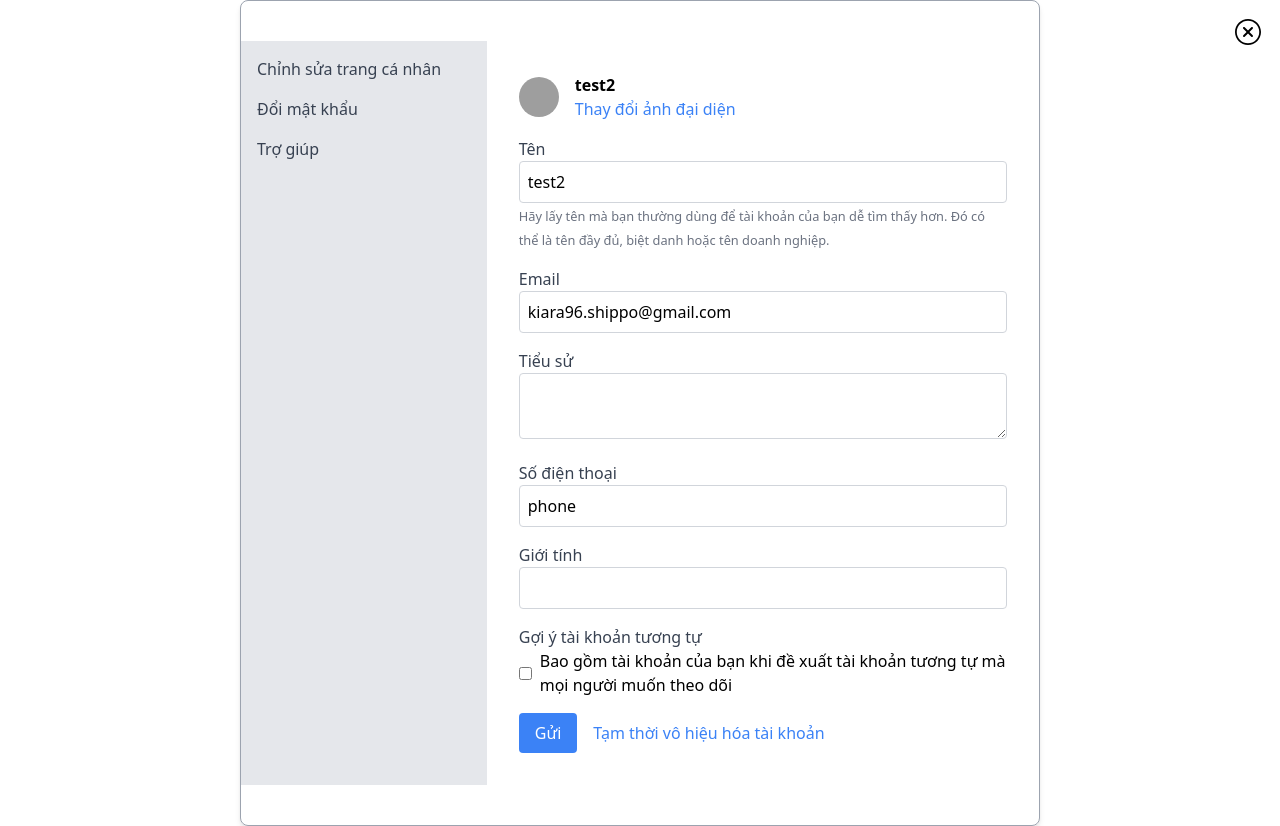
Repository: DangNgocDuong250903/2425_CS445AC_NHOM1
Page: /update_user (app in social_fe/)
The author's editor kept a copy of each file at every save. The page is drawn from the files as they stood at one save, then again after the next save.
The browser window is 1280 px wide. The pictures show the whole page.
Pictures or frames that could not be fetched are drawn as grey boxes. The project was rebuilt for these pictures with package versions that can differ from the ones it lists, and the page was loaded fresh each time. Also part of the build but not shown: social_fe/vite.config.js, social_fe/src/components/Button/index.jsx, social_fe/src/assets/index.js, social_fe/src/components/FriendCard/index.jsx, social_fe/src/components/Loading/index.jsx, social_fe/src/components/PostCard/index.jsx, social_fe/src/components/ProfileCard/index.jsx, social_fe/src/components/TextInput/index.jsx and 8 more.

Above is the page before, as saved 2024-11-05 11:02:28.

After the next save:
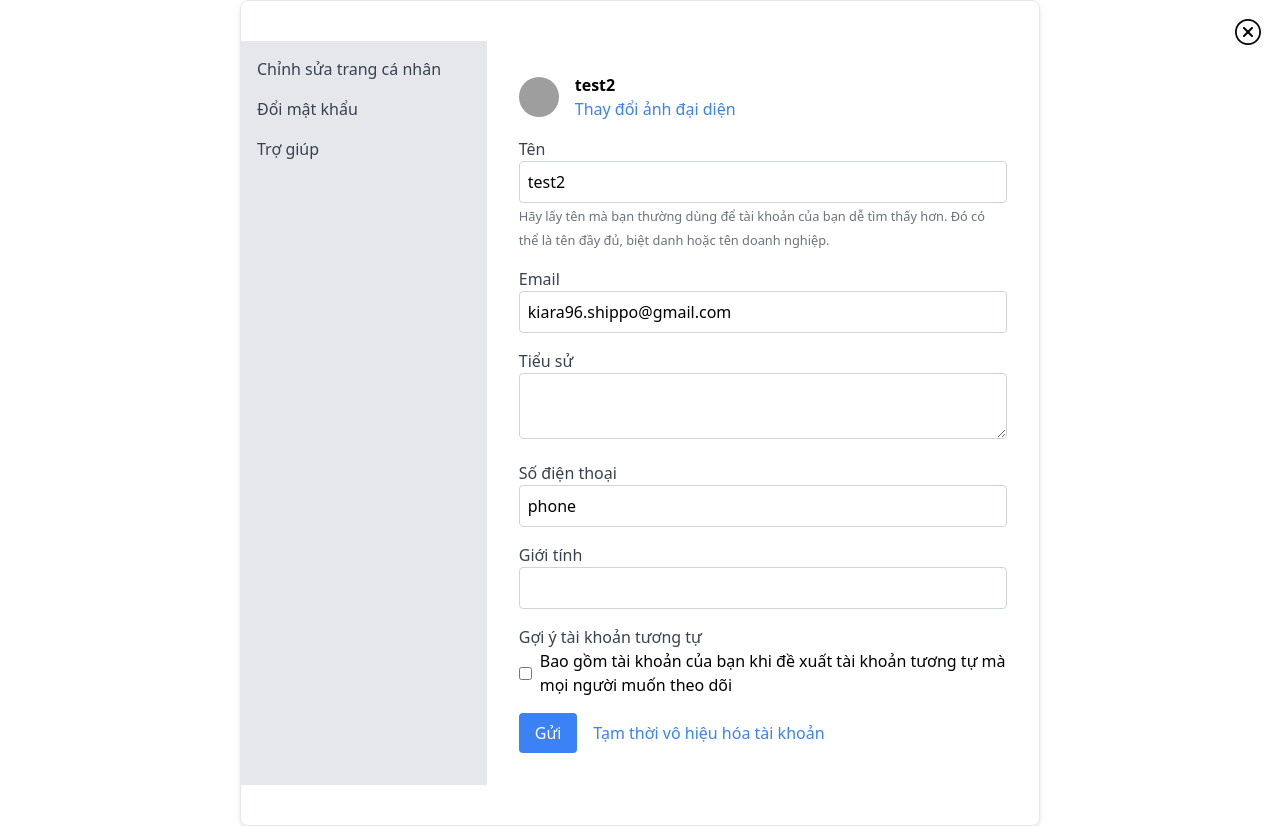
Saved 10 s later.
--- a/social_fe/src/pages/ProfilePage/updateUser.jsx
+++ b/social_fe/src/pages/ProfilePage/updateUser.jsx
@@ -9,7 +9,7 @@ const UpdateUser = () => {
         setSelectedLink(linkIndex);
     };
     return (
-        <div className="flex w-[800px] mx-auto pt-10 pb-10 border border-gray-400 shadow-md rounded-lg">
+        <div className="flex w-[800px] mx-auto pt-10 pb-10 border border-gray-200 shadow-md rounded-lg">
             <IoIosCloseCircleOutline onClick={() => navigate("/")} className="absolute w-8 h-8 cursor-pointer top-4 right-4 hover:text-red-400 " />
             <div className="w-1/3 p-4 bg-gray-200">
                 <ul className="flex flex-col">
